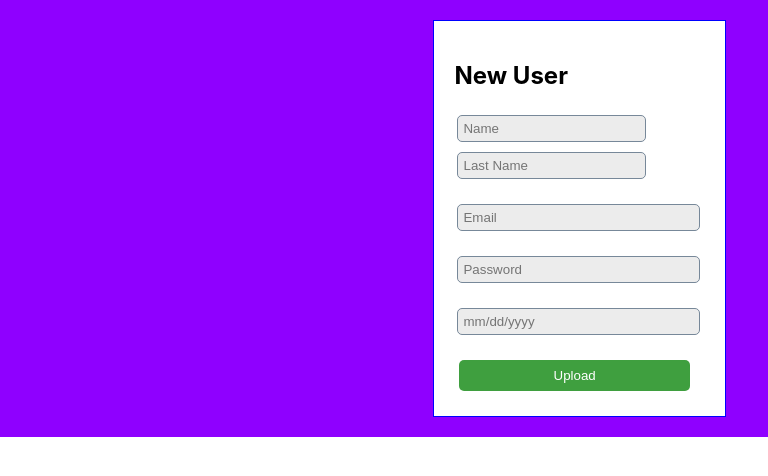
Repository: RobertAries28/CrudUsuarios
Page: /
An editor plug-in stored every save of this project. The page is shown before and after the next save, followed by the edit.
The browser window is 768 px wide. The pictures show the whole page.
The page's requests for data from a server got no answer. The project was rebuilt for these pictures with package versions that can differ from the ones it lists, and the page was loaded fresh each time. No one was signed in, and anything a server would have sent is missing.

Above is the page before, as saved 2022-05-23 20:40:27.

### src/App.js

import axios from 'axios';
import { useEffect, useState } from 'react';
import './App.css';
import UsersForm from './UsersForm';
import UsersList from './UsersList';

const App=()=> {

  const [users,setUsers]= useState([])
  const [userEdit, setUserEdit]= useState(null)
  useEffect(()=>{
    axios.get('https://users-crud1.herokuapp.com/users/')
    .then(res=>setUsers(res.data))

  },[]);
  console.log(users)

  const getUsers=()=>{
    axios.get('https://users-crud1.herokuapp.com/users/')
    .then(res=>setUsers(res.data))
  }

    const addUsers= user=>{
      axios.post('https://users-crud1.herokuapp.com/users/',user).then(()=>getUsers())
      setUsers([...users,user])
    }

    const removeUsers=(id)=>{
      axios.delete(`https://users-crud1.herokuapp.com/users/${id}/`).then(()=>getUsers())


    }

    const selectUsers=user=> setUserEdit(user);

    const updateUsers= userInfo=>{

      axios.put(`https://users-crud1.herokuapp.com/users/${userInfo.id}/`,userInfo)
      const index= users.findIndex(user=>
        user.id === userInfo.id);

        users[index]= userInfo;
        setUsers([...users])
    }
  return (
    <div className="App">
     <UsersList users={users} selectUsers={selectUsers} removeUsers={removeUsers}/>
     <UsersForm addUsers={addUsers}
         userEdit={userEdit}
         selectUsers={selectUsers}
         updateUsers={updateUsers}/>
    </div>
  );
}

export default App;

### src/App.css
.App{
  background: #8F00FF;
  height: 100%;
  padding: 20px 0;
  display: flex;
  justify-content: space-around;

}

ul{
  list-style: none;
  padding: 0;
  margin: 0 0;



}

.users{
  border-radius: 20px;


  display: flex;
  justify-content: space-around;
  align-items: center;
  border: 1px solid blue;
  background: white;
  padding: 20px 0;

}
.infoUsers{
  width: 40%;
}

.form{
  display: flex;
  flex-direction: column;
  justify-content: center;
  align-items: center;
  border: 1px solid blue;
  background: white;




}

.formUser{
  padding-left: 20px;
  padding-right: 40px;
  padding-top: 20px;
  padding-bottom: 20px;
  width: 30%;
  border: 1px solid blue;
  background: white;
  height: 40%;
}

input{
padding: 5px;
margin: 5px 3px;
border-radius: 5px;
border: 1px solid lightslategray;
background:
#ECECEC
;


}

form{
  width: 100%;
}

.buttonDate{
  width: 100%;
  margin: 5px;
  padding: 8px;
  background: #3f9f3f;
  border: none;
  border-radius: 5px;
  color: white;
}

.date{
  width: 100%;
}
label{
  margin: 2px;
}


.dateUsers{
  margin: 15px 0;
}

### src/UsersForm.js
import React, { useEffect, useState } from 'react';
import './App.css';

const UsersForm = ({addUsers,updateUsers,userEdit,selectUsers}) => {

        const [name,setName]= useState("");

        const [lastName, setLatName] = useState("");
        const [email,setEmail]= useState("");


        const [birthday, setBirthday] = useState("")
        const [password, setPassword] = useState("")

      useEffect(()=>{
          console.log("Cambio productEdit")

          if(userEdit){
              setName(userEdit.first_name);
              setLatName(userEdit.last_name);
              setEmail(userEdit.email)
              setBirthday(userEdit.birthday)
              setPassword(userEdit.password)
          } else{
              setName("");
              setLatName("");
              setEmail("");
              setBirthday("");
              setPassword("")
          }
      },[userEdit])

        const submit=(e)=>{
            e.preventDefault();
            const user={

                first_name:name,
                last_name:lastName,
              email:email,
              birthday:birthday,
              password:password
            }

           if(userEdit){
               user.id= userEdit.id
             updateUsers(user);
           }else{

            addUsers(user)
        }



        }
        return (
            <div className='formUser'>
                <form onSubmit={submit}>
                  <h2>New User</h2>
                <div className='dateUsers'>

                      <input placeholder='Name' type="text"
                             id="name"
                             onChange={e=> setName(e.target.value)}
                                 value={name}
                             />


                      <input placeholder='Last Name' type="text"
                             id="lastname"
                             onChange={e=> setLatName(e.target.value)}
                                 value={lastName}
                             />
                  </div>

                  <div className='dateUsers'>

                      <input placeholder='Email' className='date' type="email"
                             id="email"
                             onChange={e=> setEmail(e.target.value)}
                                 value={email}
                             />
                  </div>

                  <div className='dateUsers'>

                      <input placeholder='Password' className='date' type="password"
                      id='password'
                      onChange={e=> setPassword(e.target.value)}
                      value={password} />
                  </div>

                  <div className='dateUsers'>

                      <input placeholder='mm/dd/yyyy' className='date' type="text"
                      id='birthday'
                      onChange={e=> setBirthday(e.target.value)}
                      value={birthday} />
                  </div>



                  <button className='buttonDate' >Upload</button>

                  {
                      userEdit &&
                      <button type='button'
                        onClick={()=> selectUsers(null)}
                      >Cancelar</button>
                  }
                </form>
            </div>
    );
}

export default UsersForm;

### src/UsersList.js
import React from 'react';
import './App.css';

const UsersList = ({users,removeUsers,selectUsers}) => {
    return (
        <div className='infoUsers'>
               <ul>
                {
                    users.map(user=>(
                        <li className='users' style={{marginBottom:"10px"}} key={user.id}>
                            <ul>
                                <li><b>Nombre: </b>{user.first_name}</li>
                                <li><b>Apellido: </b>{user.last_name}</li>
                                <li><b>Email: </b>{user.email}</li>
                                <li><b>Brithday: </b>{user.birthday}</li>
                            </ul>
                            <div className='button'>
                            <button onClick={()=>removeUsers(user.id)}>Eliminar</button>
                       <button onClick={()=>selectUsers(user)}>Actualizar</button>
                       </div>
                        </li>
                    ))
                }
            </ul>
        </div>
    );
}

export default UsersList;

Loaded but not shown: public/index.html (common file); src/index.js (common file); src/index.css (common file); src/reportWebVitals.js (common file)

After the next save:
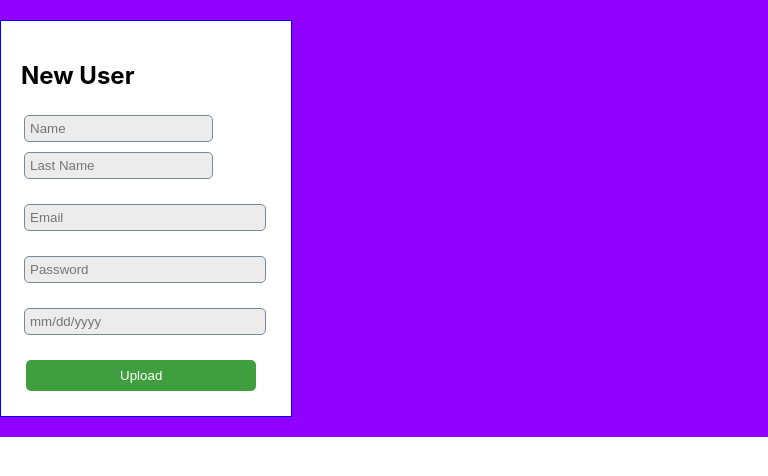
Saved 45 min 51 s later.
--- a/src/App.css
+++ b/src/App.css
@@ -5,6 +5,13 @@
   display: flex;
   justify-content: space-around;
 
+}
+
+
+@media screen and (max-width:768px){
+  .App{
+    flex-direction: column;
+  }
 }
 
 ul{
